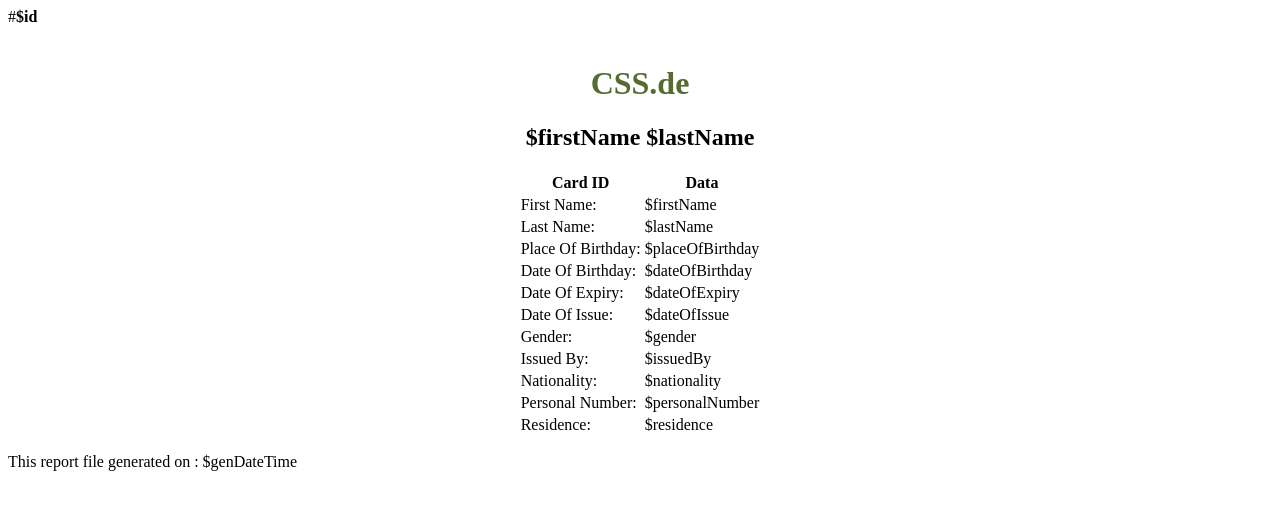
Repository: Len2/Topic4
Page: src/main/resources/templates/PDF_template.html
These files come from the project's save history. The page is drawn as it stood at one moment and after the next save; the edit follows.
The browser window is 1280 px wide. The pictures show the whole page.

Above is the page before, as saved 2020-09-07 11:26:15.

### src/main/resources/templates/PDF_template.html
<!DOCTYPE html>
<html>
<body>
#<b>$id</b>
<br/>
<br/>
<div style="color: darkolivegreen; text-align: center;">
    <h1>CSS.de</h1>
</div>


<h2 style="text-align: center;">$firstName $lastName</h2>
    <table style="margin-left: auto; margin-right: auto;">
        <tr>
          <th>Card ID</th>
          <th>Data</th>
        </tr>

        <tr>
          <td>First Name:</td>
          <td>$firstName</td>
        </tr>
        <tr>
          <td>Last Name:</td>
          <td>$lastName</td>
        </tr>
        <tr>
          <td>Place Of Birthday:</td>
          <td>$placeOfBirthday</td>
        </tr>
        <tr>
          <td>Date Of Birthday:</td>
          <td>$dateOfBirthday</td>
        </tr>
        <tr>
          <td>Date Of Expiry:</td>
          <td>$dateOfExpiry</td>
        </tr>
        <tr>
          <td>Date Of Issue:</td>
          <td>$dateOfIssue</td>
        </tr>
        <tr>
          <td>Gender:</td>
          <td>$gender</td>
        </tr>
        <tr>
          <td>Issued By:</td>
          <td>$issuedBy</td>
        </tr>
        <tr>
            <td>Nationality:</td>
            <td>$nationality</td>
          </tr>
        <tr>
          <td>Personal Number:</td>
          <td>$personalNumber</td>
        </tr>
        <tr>
          <td>Residence:</td>
          <td>$residence</td>
        </tr>
      </table>
<p>This report file generated on : $genDateTime</p>
</body>
</html>

After the next save:
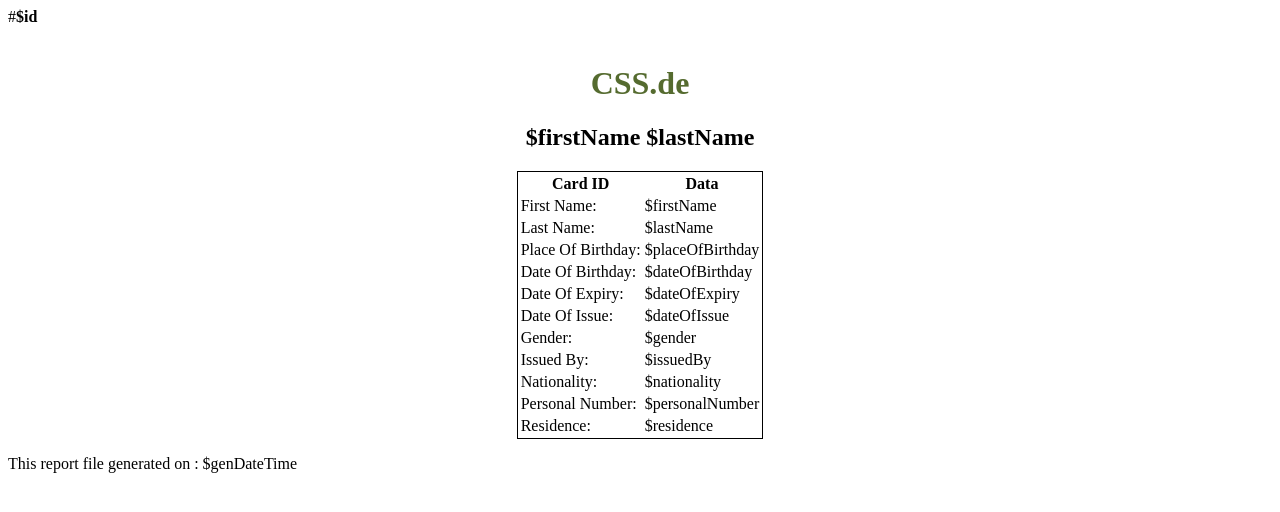
Saved 2 min 18 s later.
--- a/src/main/resources/templates/PDF_template.html
+++ b/src/main/resources/templates/PDF_template.html
@@ -10,7 +10,7 @@
 
 
 <h2 style="text-align: center;">$firstName $lastName</h2>
-    <table style="margin-left: auto; margin-right: auto;">
+    <table style="border:1px solid black;margin-left:auto;margin-right:auto;">
         <tr>
           <th>Card ID</th>
           <th>Data</th>

After the 3 saves that followed:
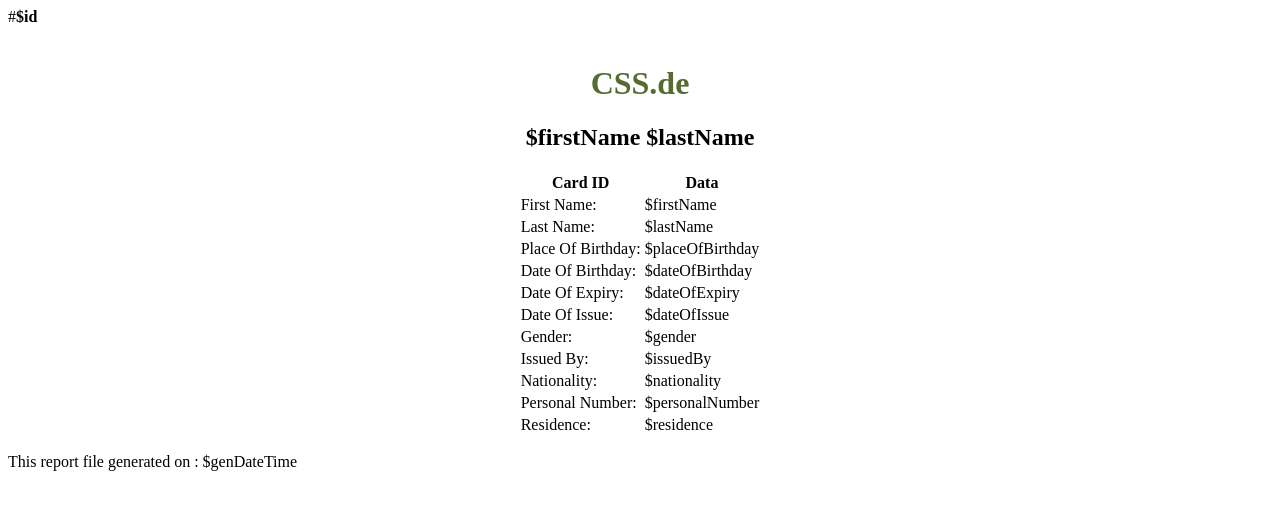
The 3 saves are shown as one change because they came seconds apart.
The last was saved 60 s later.
--- a/src/main/resources/templates/PDF_template.html
+++ b/src/main/resources/templates/PDF_template.html
@@ -10,7 +10,7 @@
 
 
 <h2 style="text-align: center;">$firstName $lastName</h2>
-    <table style="border:1px solid black;margin-left:auto;margin-right:auto;">
+    <table style="margin-left: auto; margin-right: auto;">
         <tr>
           <th>Card ID</th>
           <th>Data</th>
